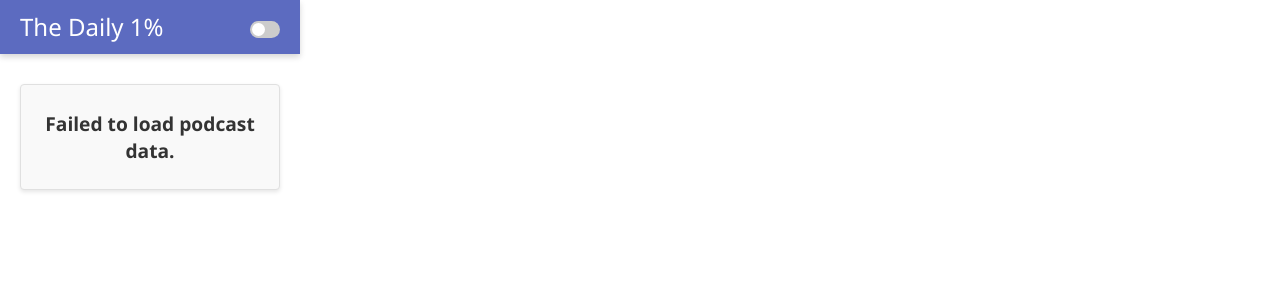
Repository: fechinmitchell/thedailyonepercent
Page: popup.html
An editor plug-in stored every save of this project. The page is shown before and after the next save, followed by the edit.
The browser window is 1280 px wide. The pictures show the whole page.
The page's requests for data from a server got no answer.

Above is the page before, as saved 2023-11-06 19:00:22.

### popup.html
<!DOCTYPE html>
<html lang="en">
<head>
  <meta charset="UTF-8">
  <title>The Daily Podcast Extension</title>
  <link rel="stylesheet" type="text/css" href="popup.css">
</head>
<body>
  <!-- Header section with title and dark mode toggle -->
  <div class="header">
    <h1>The Daily 1%</h1>
    <div class="toggle-switch">
      <input type="checkbox" id="dark-mode-checkbox" class="checkbox">
      <label class="slider round" for="dark-mode-checkbox"></label>
    </div>
  </div>

  <!-- Main content section -->
  <div class="content">
    <!-- Podcast card content -->
    <div id="podcast-card">
      <!-- Podcast image -->
      <!-- Podcast title and points -->
      <div id="podcast"></div>
      <div id="podcast-points"></div>
    </div>
  </div>

  <script src="popup.js"></script>
</body>
</html>

### popup.css
/* General styles */
body {
  width: 300px;
  min-height: 300px;
  margin: 0;
  padding: 0;
  background-color: #fff;
  font-family: 'Segoe UI', Tahoma, Geneva, Verdana, sans-serif;
  color: #333;
  display: flex;
  flex-direction: column;
  border-radius: 8px;
  overflow: hidden;
}

/* Header styles */
.header {
  background-color: #5C6BC0; /* Pleasant purple header color */
  color: #fff;
  padding: 15px 20px;
  display: flex;
  justify-content: space-between; /* Align title and toggle switch */
  align-items: center; /* Align items vertically */
  box-shadow: 0 3px 6px rgba(0,0,0,0.16);
}

.header h1 {
  margin: 0;
  font-size: 1.5em;
  font-weight: normal;
  line-height: 1; /* Align with the toggle vertically */
}

/* Content area styles */
.content {
  padding: 20px;
  flex-grow: 1;
}

/* Podcast card styles */
#podcast-card {
  background-color: #f9f9f9;
  border: 1px solid #e0e0e0;
  border-radius: 4px;
  padding: 15px;
  text-align: center;
  box-shadow: 0 2px 4px rgba(0,0,0,0.1);
  margin-top: 10px;
}

#podcast-image {
  max-width: 100%;
  height: auto;
  border-radius: 4px;
  box-shadow: 0 2px 4px rgba(0,0,0,0.1);
  margin-bottom: 10px;
}

#podcast {
  font-size: 1.2em;
  color: #333;
  margin-top: 10px;
  font-weight: bold;
}

#podcast-points {
  font-size: 0.9em;
  color: #666;
  margin-top: 10px;
}

/* Toggle switch styles */
.toggle-switch {
  margin-left: auto; /* Pushes the toggle to the far right */
  width: 30px; /* Half the original width */
  height: 17px; /* Half the original height */
}

.checkbox {
  visibility: hidden;
}

.slider {
  position: relative;
  top: -20px;
  display: inline-block;
  width: 100%;
  height: 100%;
  background-color: #ccc;
  border-radius: 17px;
  transition: background-color 0.2s;
}

.slider:before {
  content: "";
  position: absolute;
  height: 13px; /* Half the original height */
  width: 13px; /* Half the original width */
  left: 2px;
  bottom: 2px;
  background-color: white;
  border-radius: 50%;
  transition: transform 0.2s;
}

.checkbox:checked + .slider {
  background-color: #2196F3;
}

.checkbox:checked + .slider:before {
  transform: translateX(13px); /* Half the original translation */
}

/* Dark mode specific styles */
.dark-mode {
  background-color: #263238;
  color: #B0BEC5;
}

.dark-mode .header {
  background-color: #37474F;
}

.dark-mode #podcast-card {
  background-color: #455A64;
  border-color: #546E7A;
}

.dark-mode #podcast-points {
  color: #CFD8DC;
}

### popup.js
// Function to toggle dark mode
function toggleDarkMode() {
    var body = document.body;
    body.classList.toggle('dark-mode'); // Toggle the .dark-mode class on the body

    // Save the current theme preference to local storage
    var isDarkMode = body.classList.contains('dark-mode');
    localStorage.setItem('theme', isDarkMode ? 'dark' : 'light');
  }

  // Set the initial theme on page load based on the saved preference
  document.addEventListener('DOMContentLoaded', function() {
    var darkModeCheckbox = document.getElementById('dark-mode-checkbox');
    var currentTheme = localStorage.getItem('theme');

    // Set the dark mode based on the saved setting
    if (currentTheme === 'dark') {
      document.body.classList.add('dark-mode');
      darkModeCheckbox.checked = true;
    }

    // Event listener for the dark mode toggle
    darkModeCheckbox.addEventListener('change', toggleDarkMode);

    // Fetch the podcast data and update the DOM
    var date = new Date();
    var dateString = date.toISOString().slice(0,10); // "YYYY-MM-DD"
    var podcastElement = document.getElementById('podcast');
    var podcastPointsElement = document.getElementById('podcast-points');

    fetch('https://raw.githubusercontent.com/fechinmitchell/RedPillPodcasts/main/podcast-data.json')
      .then(response => response.json())
      .then(data => {
        var podcast = data[dateString];
        if (podcast && podcast.name && podcast.link && podcast.keyPoints) {
          var link = document.createElement('a');
          link.href = podcast.link;
          link.target = "_blank";
          link.innerText = podcast.name;
          podcastElement.appendChild(link);

          // Removed the line that sets the podcast image src
          podcastPointsElement.innerText = podcast.keyPoints;
        } else {
          podcastElement.innerText = 'No podcast for today.';
          // Removed the line that sets a placeholder image
        }
      })
      .catch(error => {
        console.error('Failed to parse podcast data', error);
        podcastElement.innerText = 'Failed to load podcast data.';
      });
  });

After the next save:
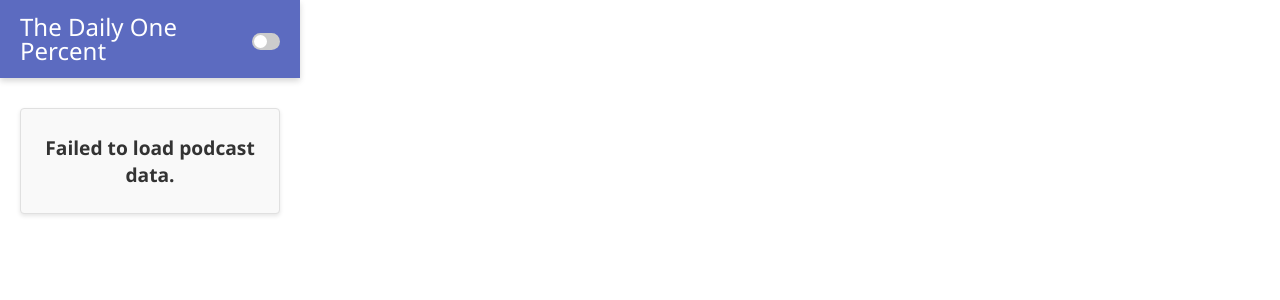
Saved 16 s later.
--- a/popup.html
+++ b/popup.html
@@ -8,7 +8,7 @@
 <body>
   <!-- Header section with title and dark mode toggle -->
   <div class="header">
-    <h1>The Daily 1%</h1>
+    <h1>The Daily One Percent</h1>
     <div class="toggle-switch">
       <input type="checkbox" id="dark-mode-checkbox" class="checkbox">
       <label class="slider round" for="dark-mode-checkbox"></label>
